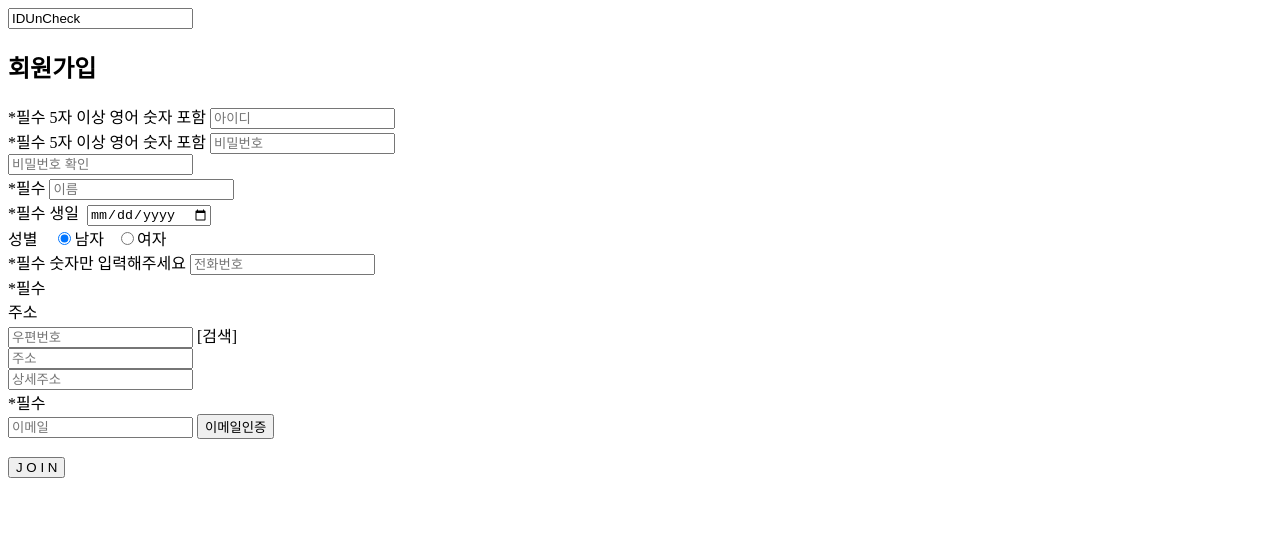
Repository: chmyj2/Team2_Final-project
Page: http://localhost/FinalProject/WEB-INF/views/2Team/t2login/t2_join.jsp
The author's editor kept a copy of each file at every save. The page is drawn from the files as they stood at one save, then again after the next save.
The browser window is 1280 px wide. The pictures show the whole page.
The page is served by Tomcat 9. Nobody is signed in. Other server files are loaded and not shown. The template is opened directly, without the code that normally fills it, so the values that code supplies are empty.

Above is the page before, as saved 2022-09-02 10:55:23.

### FinalProject/src/main/webapp/WEB-INF/views/2Team/t2login/t2_join.jsp
<%@ page language="java" contentType="text/html; charset=UTF-8"
    pageEncoding="UTF-8"%>
<%@ taglib uri="http://java.sun.com/jsp/jstl/core" prefix="c" %>
<!DOCTYPE html>
<html>
<head>
<meta charset="UTF-8">
<title>Insert title here</title>
</head>
<body>
<div class="t2-join-outdiv">
<form action="joinDo" method="POST" class="joinForm" name="joinForm" onsubmit="return joinCheck()">
        <input class="validCheck"  id="join_IDCheck" value="IDUnCheck">
        <input class="validCheck" type="hidden" id="join_emailCheckNum" value="emailUnCheck">
        <input class="validCheck" type="hidden" id="join_PWCheck" value="PWUnCheck">
      <h2>회원가입</h2>
      <div class="join-textForm">
      	<span class="jointxt">*필수 5자 이상 영어 숫자 포함</span>
        <input name="member_ID" type="text" class="join-id" placeholder="아이디" id="joinMember_ID">
        <span id="idcheckResult"></span> <br>
        <span id="IDValidCheck"></span>
      </div>

      <div class="join-textForm">
      	<span class="jointxt">*필수 5자 이상 영어 숫자 포함</span>
        <input name="member_PW"  class="join-pw" placeholder="비밀번호" id="joinMember_PW">
        <span id="PWCheckResult"></span>
      </div>

       <div class="join-textForm">
        <input name="loginPwConfirm"  class="join-pw2" placeholder="비밀번호 확인">
        <span class="pwCheckResult"></span>
      </div>

      <div class="join-textForm">
      <span class="jointxt-only">*필수</span>
        <input name="member_name"  class="join-name" placeholder="이름">
      </div>

      <div class="join-textForm brith">
      <span class="jointxt-only">*필수</span>
      	생일&nbsp;&nbsp;<input name="member_birth" type="date" class="join-birth" >
      </div>

      <div class="join-textForm brith">
      	성별 &nbsp;&nbsp;
        <input name="member_sex" type="radio" class="join-sex" value="m" checked="checked">남자
        &nbsp;&nbsp;<input name="member_sex" type="radio" class="join-sex" value="w">여자
      </div>

      <div class="join-textForm">
      	<span class="jointxt">*필수 숫자만 입력해주세요</span>
        <input name="member_phoneNum" type="number" class="join-cellphoneNo" placeholder="전화번호">
      </div>

      <div class="join-textForm addr">
      <span class="jointxt-only-addr">*필수</span><br>
       주소<br>
        <input id="join_addr3Input" readonly="readonly" name="m_addr3" maxlength="5" autocomplete="off" placeholder="우편번호">
		<span id="addrSearchBtn">[검색]</span><br>
		<input id="join_addr1Input" readonly="readonly" name="m_addr1" maxlength="30" autocomplete="off" placeholder="주소"><br>
		<input id="join_addr2Input" name="m_addr2" maxlength="30" autocomplete="off" placeholder="상세주소">
      </div>

       <div class="join-textForm">
       <span class="jointxt-only">*필수</span><br>
        <input name="member_email" type="email" id="join-email" placeholder="이메일">
        <button type="button" id="join_mail_check">이메일인증</button><br>
        <input placeholder="인증번호를 입력해주세요" id="join_mail_num" type="hidden"> <br>
      <span id="mail-check-warn"></span> <!-- 인증코드 확인 -->
      <span id="emailcheckResult"></span> <!-- 중복확인 -->
      </div>

      <input type="hidden" name="member_linkWhere" value="1">
      <input type="hidden" name="member_paper" value="동의">
      <input type="submit" class="join-btn" value="J O I N"/>
    </form>
    </div>
</body>
</html>

After the next save:
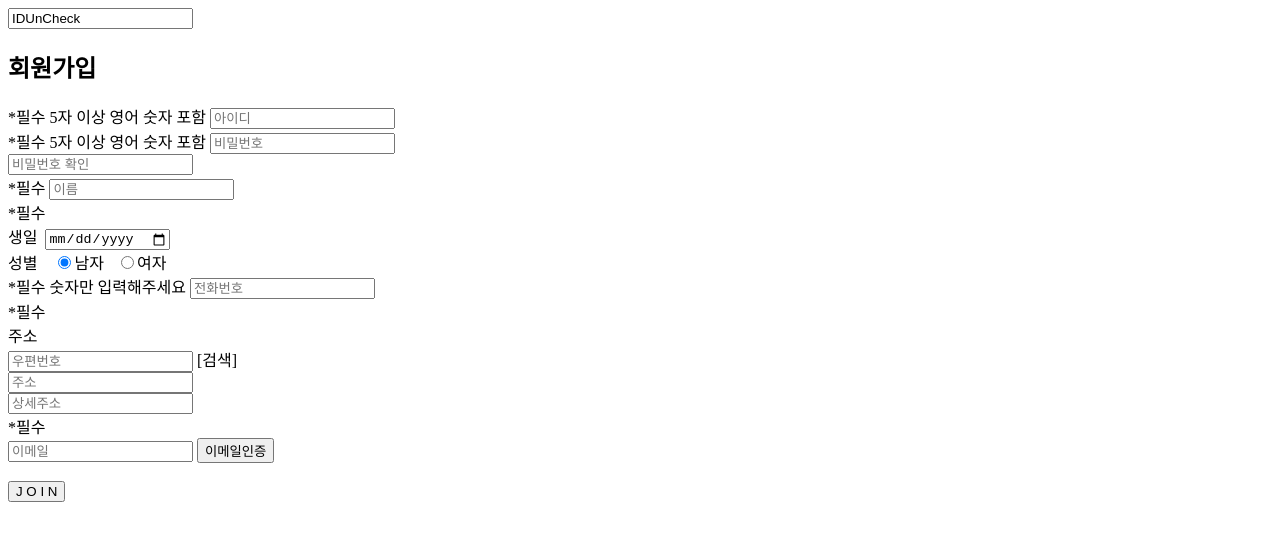
Saved 39 s later.
--- a/FinalProject/src/main/webapp/WEB-INF/views/2Team/t2login/t2_join.jsp
+++ b/FinalProject/src/main/webapp/WEB-INF/views/2Team/t2login/t2_join.jsp
@@ -38,7 +38,7 @@
       </div>
 
       <div class="join-textForm brith">
-      <span class="jointxt-only">*필수</span>
+      <span class="jointxt-only">*필수</span><br>
       	생일&nbsp;&nbsp;<input name="member_birth" type="date" class="join-birth" >
       </div>
 
